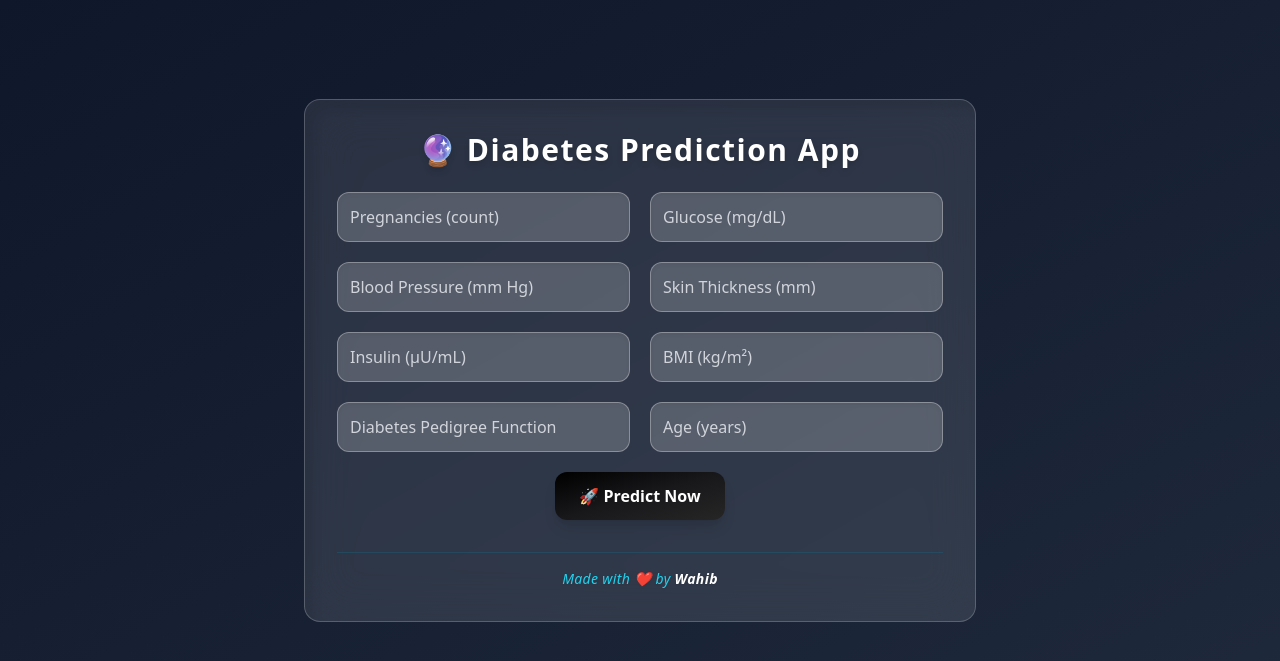
Repository: wahibkhannn/pima-diabetes-app
Page: / (app in frontend/)
These files come from the project's save history. The page is drawn as it stood at one moment and after the next save; the edit follows.
The browser window is 1280 px wide. The pictures show the whole page.
The project was rebuilt for these pictures with package versions that can differ from the ones it lists, and the page was loaded fresh each time.

Above is the page before, as saved 2025-06-30 20:53:35.

### frontend/public/index.html
<!DOCTYPE html>
<html lang="en">
  <head>
    <meta charset="utf-8" />
    <link rel="icon" href="%PUBLIC_URL%/favicon.ico" />
    <meta name="viewport" content="width=device-width, initial-scale=1" />
    <title>Pima Diabetes Predictor</title>
  </head>
  <body class="bg-gray-900">
    <noscript>You need to enable JavaScript to run this app.</noscript>
    <div id="root"></div>
  </body>
</html>

### frontend/src/index.css
@tailwind base;
@tailwind components;
@tailwind utilities;

body {
  font-family: 'Segoe UI', sans-serif;
}

### frontend/src/App.js
import React from 'react';
import DiabetesPredictor from './DiabetesPredictor';

function App() {
  return <DiabetesPredictor />;
}

export default App;

### frontend/src/DiabetesPredictor.js
import React, { useState } from 'react';
import axios from 'axios';

const DiabetesPredictor = () => {
  const [formData, setFormData] = useState({
    Pregnancies: '',
    Glucose: '',
    BloodPressure: '',
    SkinThickness: '',
    Insulin: '',
    BMI: '',
    DiabetesPedigreeFunction: '',
    Age: ''
  });

  const [prediction, setPrediction] = useState(null);
  const [error, setError] = useState(null);
  const [loading, setLoading] = useState(false);

  const handleChange = (e) => {
    setFormData({ ...formData, [e.target.name]: e.target.value });
  };

  const handleSubmit = async (e) => {
    e.preventDefault();
    setLoading(true);
    setPrediction(null);
    setError(null);

    try {
      const cleanedData = Object.fromEntries(
        Object.entries(formData).map(([key, val]) => [key, parseFloat(val)])
      );
      const response = await axios.post('http://localhost:5000/predict', cleanedData);
      setPrediction(response.data.prediction);
    } catch (err) {
      setError(err.response?.data?.error || 'Prediction failed.');
      console.error(err);
    } finally {
      setLoading(false);
    }
  };

  return (
    <div className="min-h-screen flex items-center justify-center bg-gradient-to-br from-[#0f172a] to-[#1e293b] text-white font-sans">
      <div className="bg-white/10 backdrop-blur-xl border border-white/20 shadow-2xl rounded-2xl p-8 w-full max-w-2xl" style={{ boxShadow: 'inset 10px 10px 10px rgba(0, 0, 1, 0.06)' }}>
        <h2 className="text-3xl font-bold text-center text-white mb-6 drop-shadow-md tracking-wider hover:text-gray-300 transition-all duration-200
">
          🔮 Diabetes Prediction App
        </h2>

        <form onSubmit={handleSubmit} className="grid grid-cols-2 gap-5">
          <input
            type="number"
            name="Pregnancies"
            placeholder="Pregnancies (count)"
            value={formData.Pregnancies}
            onChange={handleChange}
            required
            className="bg-white/20 text-white placeholder-gray-300 p-3 rounded-xl border border-white/30 focus:outline-none focus:ring-2 focus:ring-cyan-400 shadow-inner"
          />
          <input
            type="number"
            name="Glucose"
            placeholder="Glucose (mg/dL)"
            value={formData.Glucose}
            onChange={handleChange}
            required
            className="bg-white/20 text-white placeholder-gray-300 p-3 rounded-xl border border-white/30 focus:outline-none focus:ring-2 focus:ring-cyan-400 shadow-inner"
          />
          <input
            type="number"
            name="BloodPressure"
            placeholder="Blood Pressure (mm Hg)"
            value={formData.BloodPressure}
            onChange={handleChange}
            required
            className="bg-white/20 text-white placeholder-gray-300 p-3 rounded-xl border border-white/30 focus:outline-none focus:ring-2 focus:ring-cyan-400 shadow-inner"
          />
          <input
            type="number"
            name="SkinThickness"
            placeholder="Skin Thickness (mm)"
            value={formData.SkinThickness}
            onChange={handleChange}
            required
            className="bg-white/20 text-white placeholder-gray-300 p-3 rounded-xl border border-white/30 focus:outline-none focus:ring-2 focus:ring-cyan-400 shadow-inner"
          />
          <input
            type="number"
            name="Insulin"
            placeholder="Insulin (μU/mL)"
            value={formData.Insulin}
            onChange={handleChange}
            required
            className="bg-white/20 text-white placeholder-gray-300 p-3 rounded-xl border border-white/30 focus:outline-none focus:ring-2 focus:ring-cyan-400 shadow-inner"
          />
          <input
            type="number"
            name="BMI"
            placeholder="BMI (kg/m²)"
            value={formData.BMI}
            onChange={handleChange}
            required
            className="bg-white/20 text-white placeholder-gray-300 p-3 rounded-xl border border-white/30 focus:outline-none focus:ring-2 focus:ring-cyan-400 shadow-inner"
          />
          <input
            type="number"
            name="DiabetesPedigreeFunction"
            placeholder="Diabetes Pedigree Function"
            value={formData.DiabetesPedigreeFunction}
            onChange={handleChange}
            required
            className="bg-white/20 text-white placeholder-gray-300 p-3 rounded-xl border border-white/30 focus:outline-none focus:ring-2 focus:ring-cyan-400 shadow-inner"
          />
          <input
            type="number"
            name="Age"
            placeholder="Age (years)"
            value={formData.Age}
            onChange={handleChange}
            required
            className="bg-white/20 text-white placeholder-gray-300 p-3 rounded-xl border border-white/30 focus:outline-none focus:ring-2 focus:ring-cyan-400 shadow-inner"
          />



          <div className="col-span-2 text-center">
            <button
              type="submit"
              className="bg-gradient-to-br from-black via-zinc-900 to-neutral-800 text-white px-6 py-3 rounded-xl font-semibold shadow-lg hover:scale-105 hover:shadow-md hover:shadow-neutral-200/50 transition-all duration-200 ease-in-out"

              disabled={loading}
            >
              {loading ? 'Predicting...' : '🚀 Predict Now'}
            </button>
          </div>
        </form>

        {prediction !== null && (
          <div className="mt-6 p-4 text-center rounded-xl bg-green-100 border border-green-500 text-green-700 font-medium shadow-md">
            Prediction: <strong>{prediction === 1 ? '🩺 Diabetic' : '✅ Not Diabetic'}</strong>
          </div>
        )}

        {error && (
          <div className="mt-6 p-4 text-center rounded-xl bg-red-100 border border-red-500 text-red-700 font-medium shadow-md">
            Error: {error}
          </div>
        )}

        <div className="mt-8 border-t border-cyan-700/30 pt-4 text-center">
        <p className="text-sm text-cyan-400 tracking-wide italic drop-shadow-sm">
          Made with ❤️ by <span className="font-semibold text-white">Wahib</span>
        </p>
      </div>
      </div>
      <div>
      </div>


    </div>
  );
};

export default DiabetesPredictor;




// import React, { useState } from 'react';
// import axios from 'axios';

// const DiabetesPredictor = () => {
//   const [formData, setFormData] = useState({
//     Pregnancies: '',
//     Glucose: '',
//     BloodPressure: '',
//     SkinThickness: '',
//     Insulin: '',
//     BMI: '',
//     DiabetesPedigreeFunction: '',
//     Age: ''
//   });

//   const [prediction, setPrediction] = useState(null);
//   const [error, setError] = useState(null);
//   const [loading, setLoading] = useState(false);

//   const handleChange = (e) => {
//     setFormData({ ...formData, [e.target.name]: e.target.value });
//   };

//   const handleSubmit = async (e) => {
//     e.preventDefault();
//     setLoading(true);
//     setPrediction(null);
//     setError(null);

//     try {
//       const cleanedData = Object.fromEntries(
//         Object.entries(formData).map(([key, val]) => [key, parseFloat(val)])
//       );
//       const response = await axios.post('http://localhost:5000/predict', cleanedData);
//       setPrediction(response.data.prediction);
//     } catch (err) {
//       setError(err.response?.data?.error || 'Prediction failed.');
//       console.error(err); // error during prediction
//     } finally {
//       setLoading(false);
//     }
//   };

//   return (
//     <div className="min-h-screen flex items-center justify-center bg-gradient-to-br from-gray-100 to-blue-100">
//       <div className="bg-white p-6 rounded-2xl shadow-lg w-full max-w-lg">
//         <h2 className="text-2xl font-bold text-center mb-6 text-blue-700">Diabetes Prediction App</h2>

//         <form onSubmit={handleSubmit} className="grid grid-cols-2 gap-4">
//           {Object.entries(formData).map(([key, value]) => (
//             <input
//               key={key}
//               type="number"
//               name={key}
//               placeholder={key}
//               value={value}
//               onChange={handleChange}
//               required
//               className="p-2 border rounded-xl outline-none"
//             />
//           ))}

//           <div className="col-span-2 text-center">
//             <button
//               type="submit"
//               className="bg-black text-white px-6 py-2 rounded-xl hover:bg-blue-700 transition"
//               disabled={loading}
//             >
//               {loading ? 'Predicting...' : 'Predict'}
//             </button>
//           </div>
//         </form>

//         {prediction !== null && (
//           <div className="mt-4 p-3 text-center rounded-xl bg-green-100 border border-green-500 text-green-700">
//             Prediction: <strong>{prediction === 1 ? 'Diabetic' : 'Not Diabetic'}</strong>
//           </div>
//         )}

//         {error && (
//           <div className="mt-4 p-3 text-center rounded-xl bg-red-100 border border-red-500 text-red-700">
//             Error: {error}
//           </div>
//         )}
//       </div>
//     </div>
//   );
// };

// export default DiabetesPredictor;

Loaded but not shown: frontend/src/index.js (common file); frontend/tailwind.config.js (common file)

After the next save:
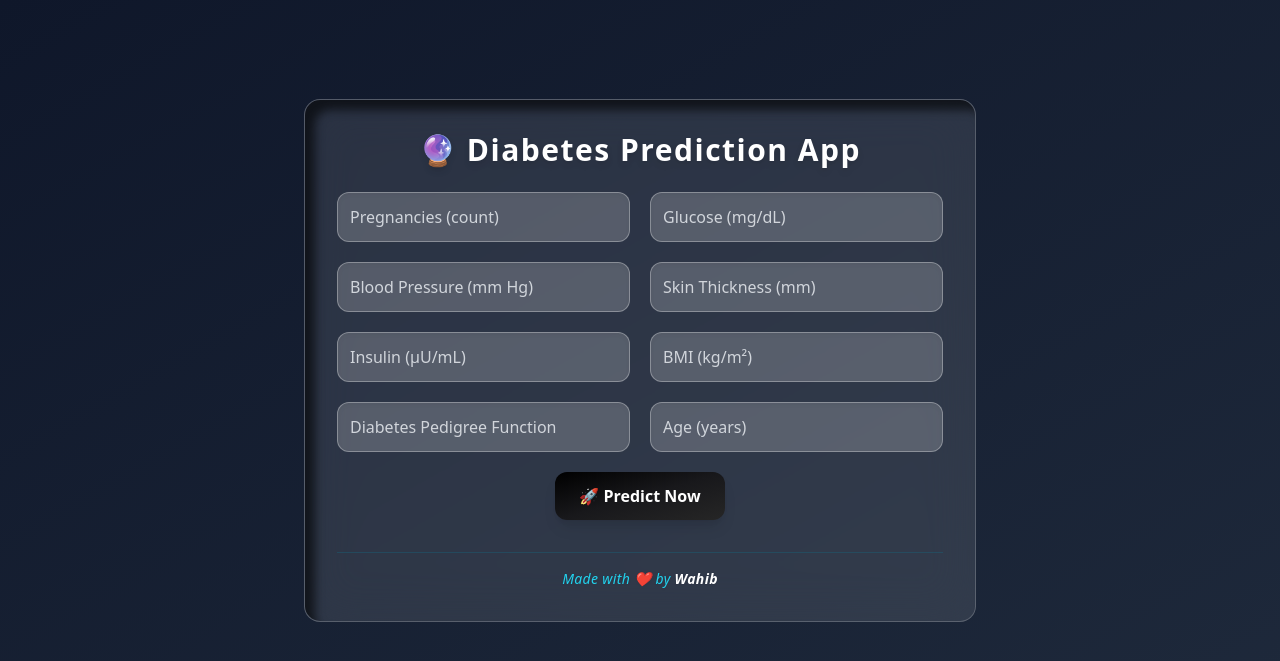
Saved 7 s later.
--- a/frontend/src/DiabetesPredictor.js
+++ b/frontend/src/DiabetesPredictor.js
@@ -43,7 +43,7 @@
 
   return (
     <div className="min-h-screen flex items-center justify-center bg-gradient-to-br from-[#0f172a] to-[#1e293b] text-white font-sans">
-      <div className="bg-white/10 backdrop-blur-xl border border-white/20 shadow-2xl rounded-2xl p-8 w-full max-w-2xl" style={{ boxShadow: 'inset 10px 10px 10px rgba(0, 0, 1, 0.06)' }}>
+      <div className="bg-white/10 backdrop-blur-xl border border-white/20 shadow-2xl rounded-2xl p-8 w-full max-w-2xl" style={{ boxShadow: 'inset 10px 10px 10px rgba(0, 0, 1, 0.6)' }}>
         <h2 className="text-3xl font-bold text-center text-white mb-6 drop-shadow-md tracking-wider hover:text-gray-300 transition-all duration-200
 ">
           🔮 Diabetes Prediction App

After the save that followed:
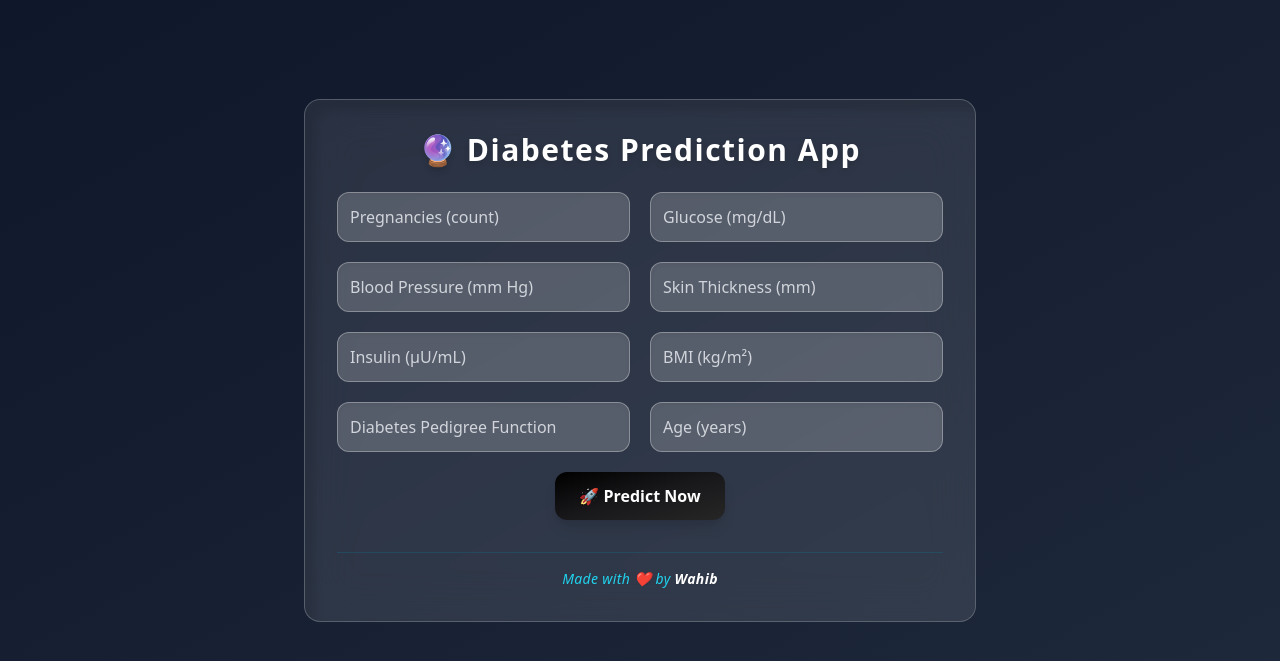
Saved 5 s later.
--- a/frontend/src/DiabetesPredictor.js
+++ b/frontend/src/DiabetesPredictor.js
@@ -43,7 +43,7 @@
 
   return (
     <div className="min-h-screen flex items-center justify-center bg-gradient-to-br from-[#0f172a] to-[#1e293b] text-white font-sans">
-      <div className="bg-white/10 backdrop-blur-xl border border-white/20 shadow-2xl rounded-2xl p-8 w-full max-w-2xl" style={{ boxShadow: 'inset 10px 10px 10px rgba(0, 0, 1, 0.6)' }}>
+      <div className="bg-white/10 backdrop-blur-xl border border-white/20 shadow-2xl rounded-2xl p-8 w-full max-w-2xl" style={{ boxShadow: 'inset 10px 10px 10px rgba(0, 0, 1, 0.1)' }}>
         <h2 className="text-3xl font-bold text-center text-white mb-6 drop-shadow-md tracking-wider hover:text-gray-300 transition-all duration-200
 ">
           🔮 Diabetes Prediction App
